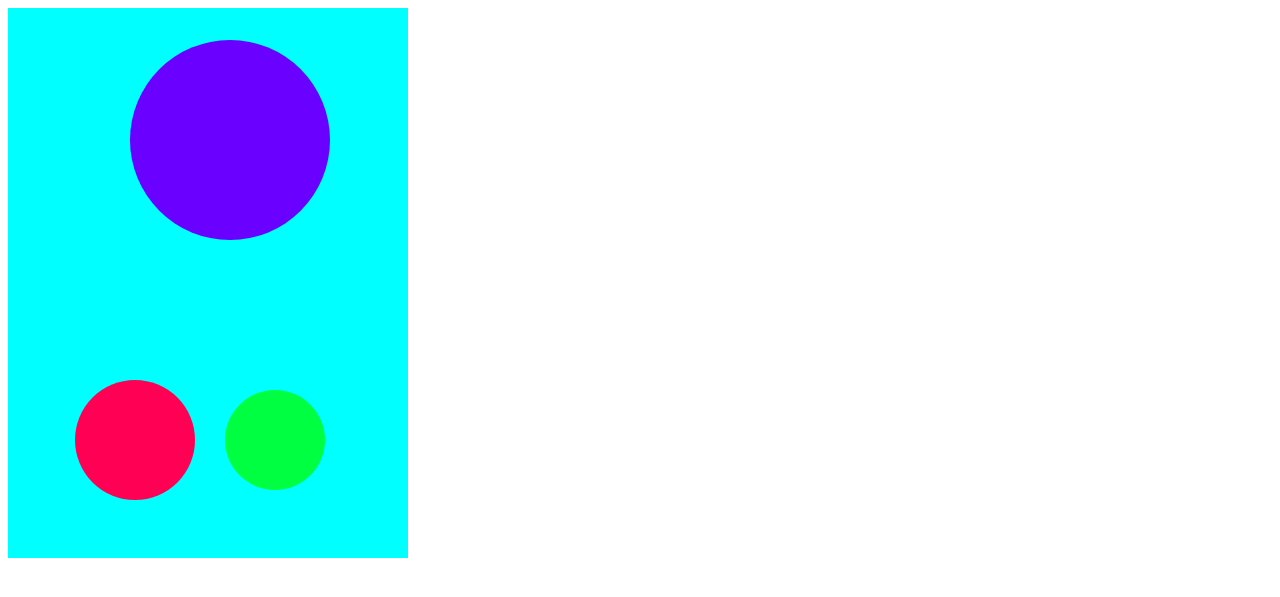
Repository: sara55m/Counter_App
Page: index.html
The author's editor kept a copy of each file at every save. The page is drawn from the files as they stood at one save, then again after the next save.
The browser window is 1280 px wide. The pictures show the whole page.

Above is the page before, as saved 2024-07-30 01:41:51.

### index.html
<!DOCTYPE html>
<html lang="en">
<head>
    <meta charset="UTF-8">
    <meta name="viewport" content="width=device-width, initial-scale=1.0">
    <title>Document</title>
    <link rel="stylesheet" href="css/style.css">
</head>
<body>
    <div class="container">
        <div class="main"></div>
        <div class="increase"></div>
        <div class="reset"></div>
    </div>
    <script src="js/script.js"></script>
</body>
</html>

### css/style.css
.container{
    height:550px;
    width:400px;
    background-color: aqua;
}

.main{
    position:absolute;
    top:40px;
    left:130px;
    height:200px;
    width:200px;
    border-radius: 50%;
    background-color: rgb(106, 0, 255);
}


.increase{
    position:absolute;
    top:380px;
    left:75px;
    height:120px;
    width:120px;
    border-radius: 50%;
    background-color: rgb(255, 0, 85);
}


.reset{
    position:absolute;
    top:390px;
    left:225px;
    height:100px;
    width:100px;
    border-radius: 50%;
    background-color: rgb(0, 255, 64);
}

Loaded but not shown: js/script.js (no stored copy; drawn as an empty file)

After the next save:
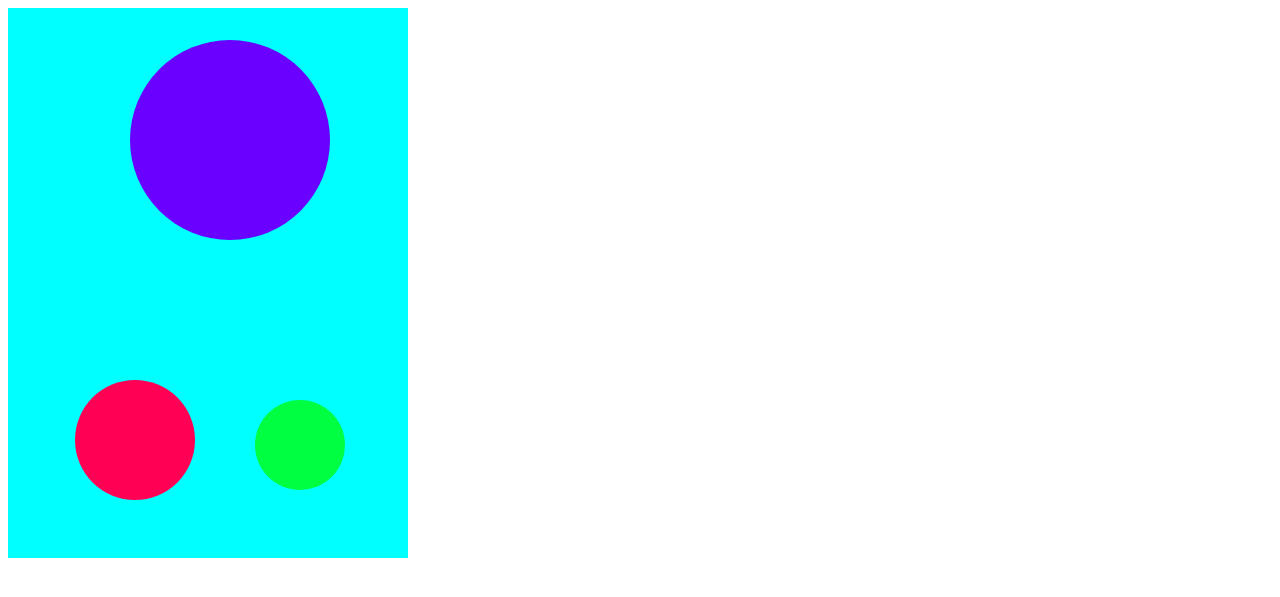
Saved 65 s later.
--- a/css/style.css
+++ b/css/style.css
@@ -28,10 +28,10 @@
 
 .reset{
     position:absolute;
-    top:390px;
-    left:225px;
-    height:100px;
-    width:100px;
+    top:400px;
+    left:255px;
+    height:90px;
+    width:90px;
     border-radius: 50%;
     background-color: rgb(0, 255, 64);
 }
